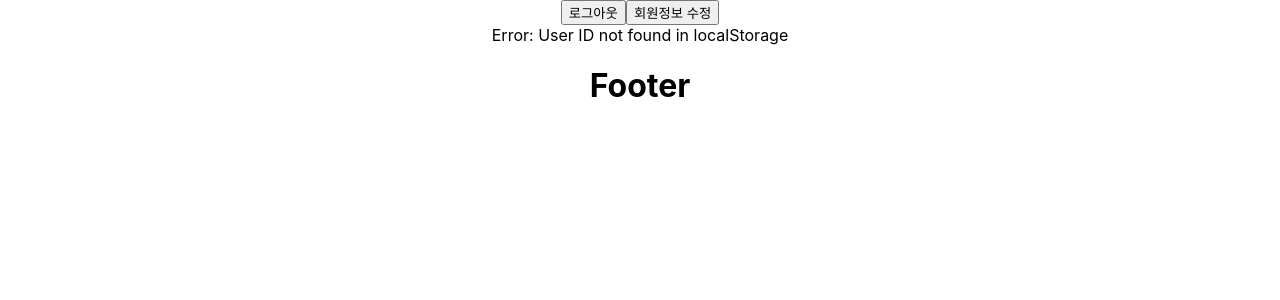
Repository: gimm5550/frontend2
Page: /edit_info
These files come from the project's save history. The page is drawn as it stood at one moment and after the next save; the edit follows.
The browser window is 1280 px wide. The pictures show the whole page.
The project was rebuilt for these pictures with package versions that can differ from the ones it lists, and the page was loaded fresh each time. Also part of the build but not shown: src/url.js, src/components/common/KakaoLoginButton.js, src/components/FromServer.js, src/components/UserDetail.js, src/components/layout/LandingPageLayout.js, src/components/layout/UserDetailLayout.js, src/components/LoginForm.js, src/components/layout/LoginFormLayout.js and 13 more.

Above is the page before, as saved 2024-11-15 20:47:26.

After the next save:
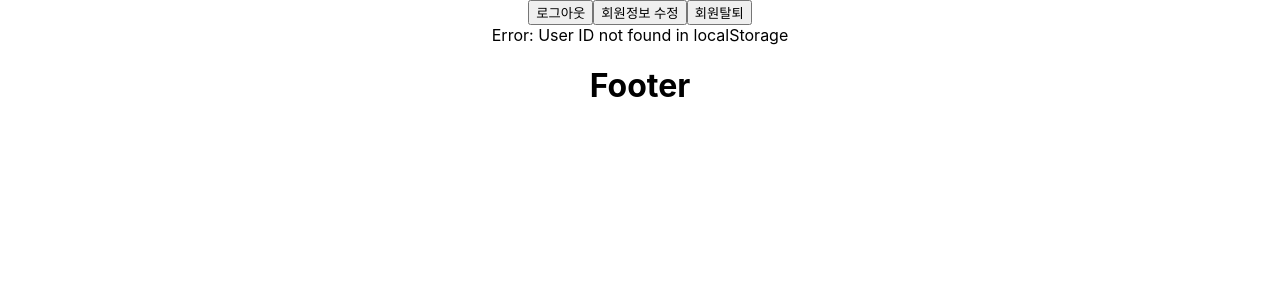
Saved 4 min 55 s later.
--- a/src/components/common/Header.js
+++ b/src/components/common/Header.js
@@ -20,6 +20,10 @@ export default function Header() {
         //api.edit_info(user.id);
     };
 
+    const handleDelete = () => {
+        console.log('회원탈퇴');
+    };
+
 
     return (
         <div>
@@ -27,6 +31,7 @@ export default function Header() {
             <div>
                 <button onClick={handleLogout}>로그아웃</button>
                 <button onClick={handleEditProfile}>회원정보 수정</button>
+                <button onClick={handleDelete}>회원탈퇴</button>
             </div>
         </div>
     );
